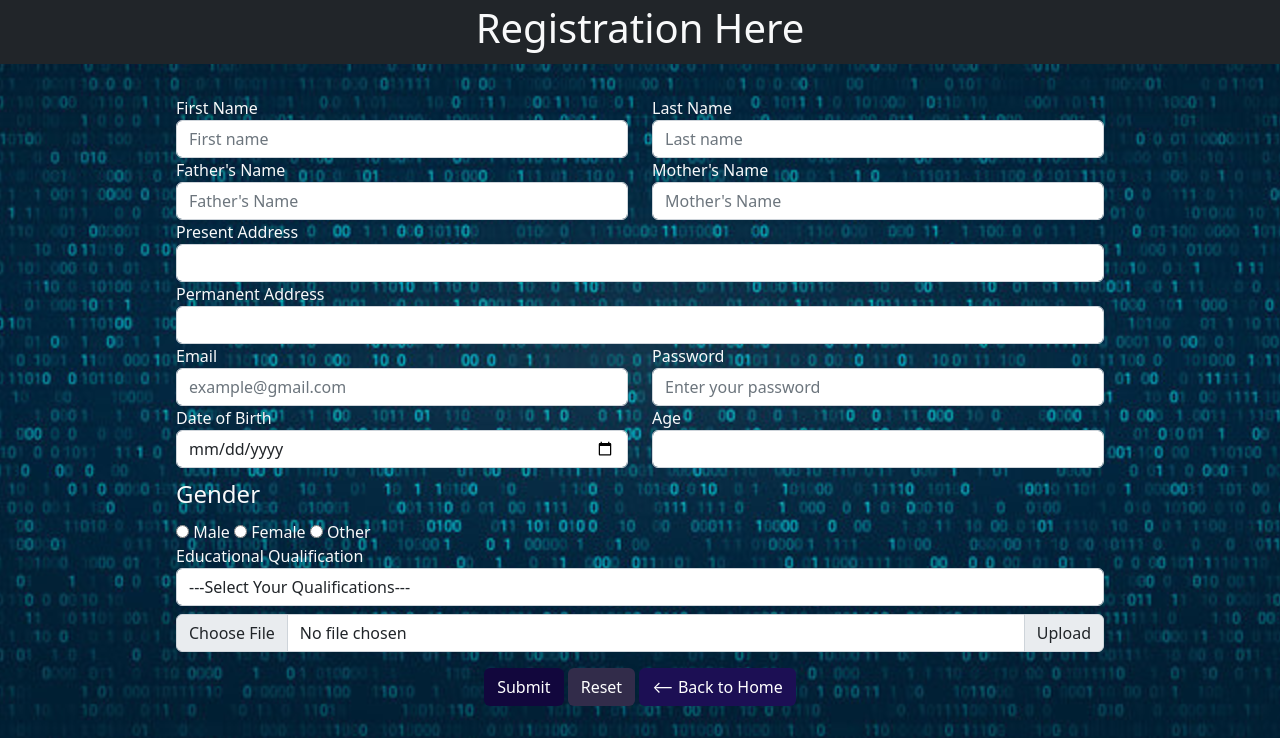
Repository: OmarFaruq97/JspServlet
Page: http://localhost/Form/pages/MainForm.jsp
These files come from the project's save history. The page is drawn as it stood at one moment and after the next save; the edit follows.
The browser window is 1280 px wide. The pictures show the whole page.
Backgrounds fixed to the window are drawn as part of the page. The page is served by Tomcat 9.

Above is the page before, as saved 2025-02-08 00:34:28.

After the next save:
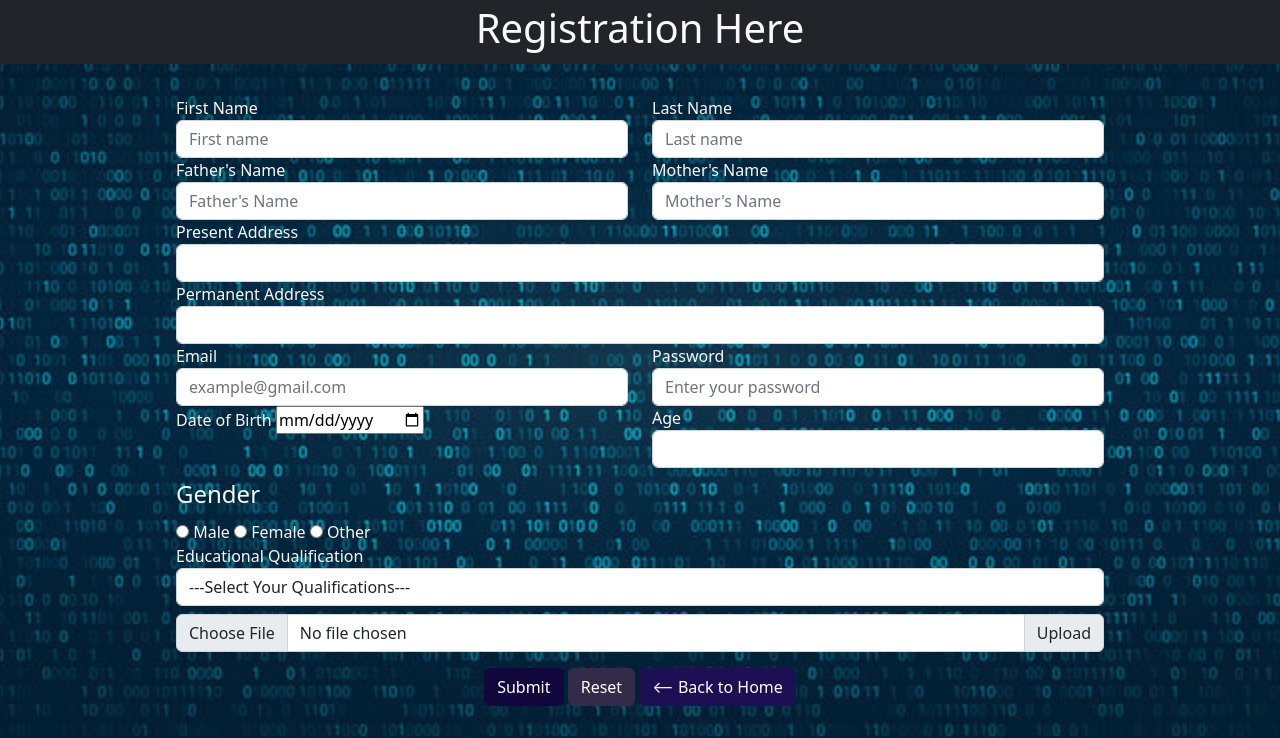
Saved 6 min 8 s later.
--- a/Form/src/main/webapp/pages/MainForm.jsp
+++ b/Form/src/main/webapp/pages/MainForm.jsp
@@ -72,7 +72,8 @@
             <div class="row">
                 <div class="col-6">
                     <label for="dateofbirth">Date of Birth</label>
-                    <input type="date" name="dateofbirth" id="dateofbirth" class="form-control" required>
+                    <input type="date" name="dateOfBirth"  id ="dateOfBirth" required>
+
                 </div>
 
                 <div class="col-6">

After the save that followed:
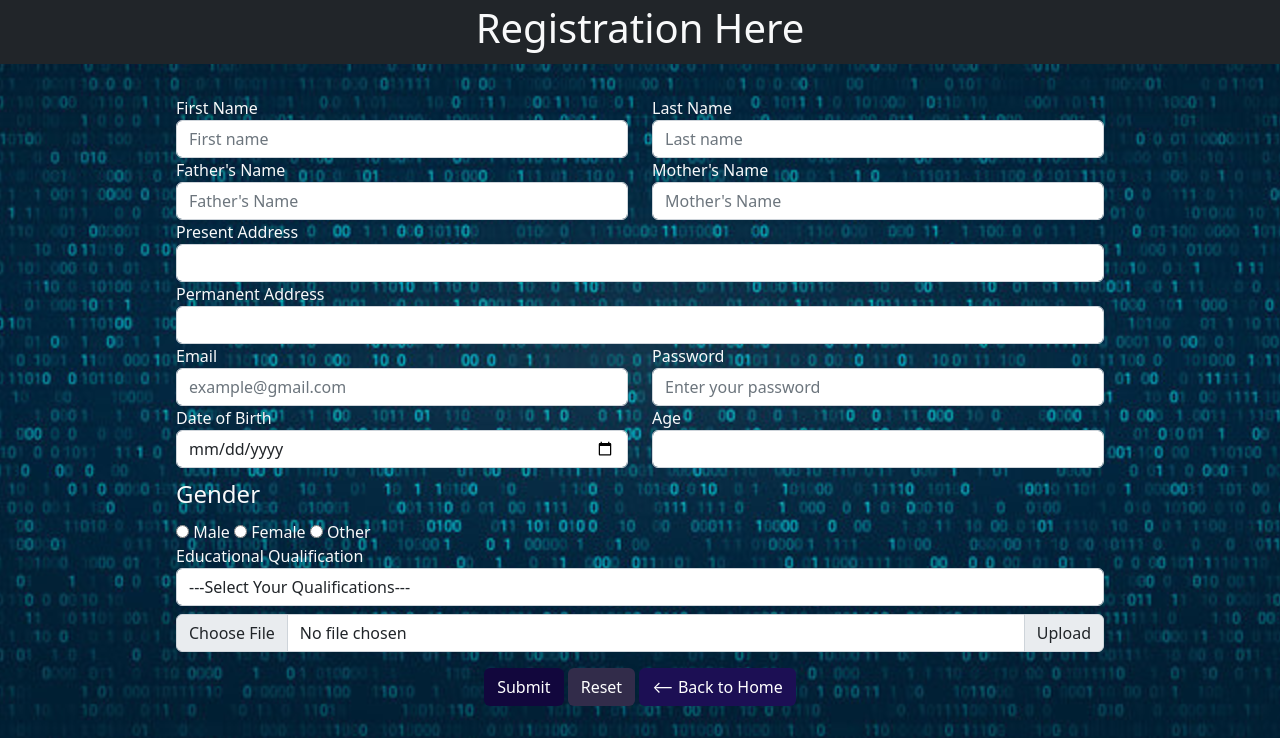
Saved 5 min 57 s later.
--- a/Form/src/main/webapp/pages/MainForm.jsp
+++ b/Form/src/main/webapp/pages/MainForm.jsp
@@ -72,8 +72,7 @@
             <div class="row">
                 <div class="col-6">
                     <label for="dateofbirth">Date of Birth</label>
-                    <input type="date" name="dateOfBirth"  id ="dateOfBirth" required>
-
+                    <input type="date" name="dateOfBirth" id="dateOfBirth" class="form-control" required>
                 </div>
 
                 <div class="col-6">
